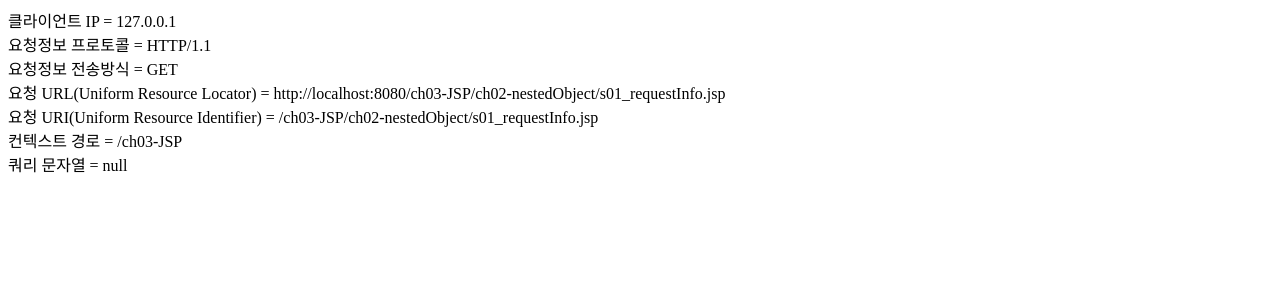
Repository: yuntaekOhO/SY_Academy_Study
Page: http://localhost/ch03-JSP/ch02-nestedObject/s01_requestInfo.jsp
An editor plug-in stored every save of this project. The page is shown before and after the next save, followed by the edit.
The browser window is 1280 px wide. The pictures show the whole page.
The page is served by Tomcat 9.

Above is the page before, as saved 2022-06-24 05:32:32.

After the next save:
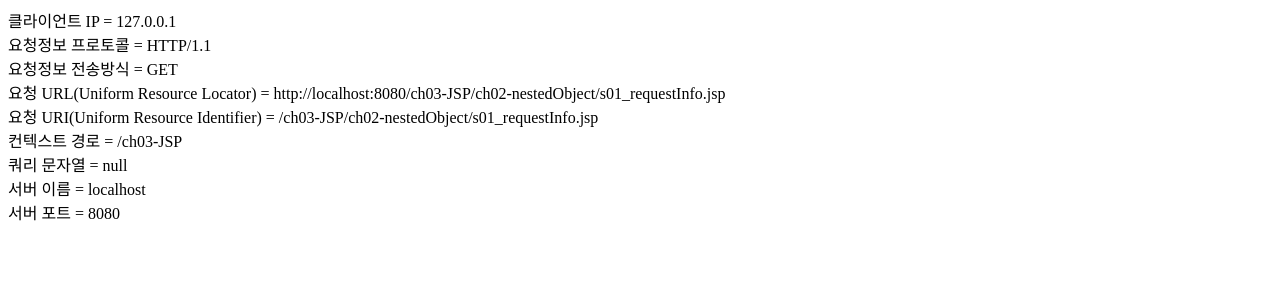
Saved 4 min 3 s later.
--- a/workspace_jsp/ch03-JSP/src/main/webapp/ch02-nestedObject/s01_requestInfo.jsp
+++ b/workspace_jsp/ch03-JSP/src/main/webapp/ch02-nestedObject/s01_requestInfo.jsp
@@ -19,6 +19,7 @@
 컨텍스트 경로 = <%= request.getContextPath()%> <br>
 
 쿼리 문자열 = <%= request.getQueryString() %><br>
-
+서버 이름 = <%= request.getServerName()%><br>
+서버 포트 = <%= request.getServerPort() %>
 </body>
 </html>
